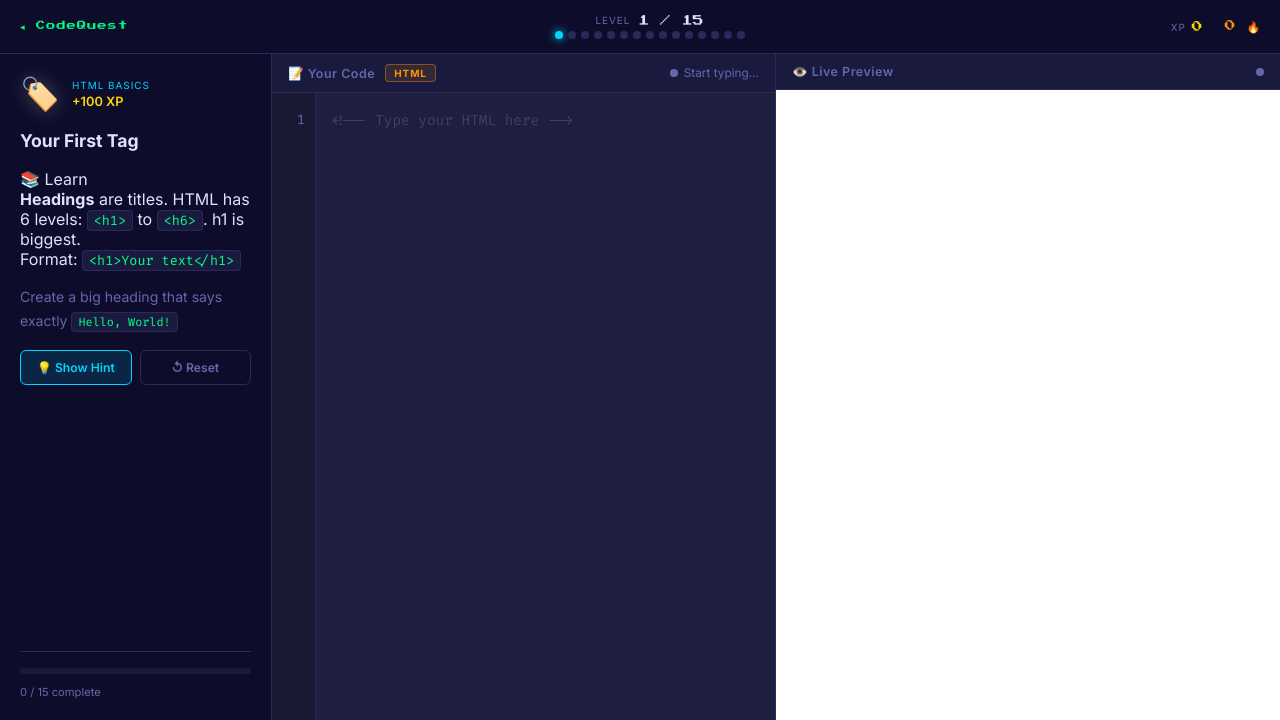
Repository: IBNKHALID06/CodeQuest
Page: game.html
The author's editor kept a copy of each file at every save. The page is drawn from the files as they stood at one save, then again after the next save.
The browser window is 1280 px wide. The pictures show the whole page.

Above is the page before, as saved 2026-03-15 20:04:26.

After the next save:
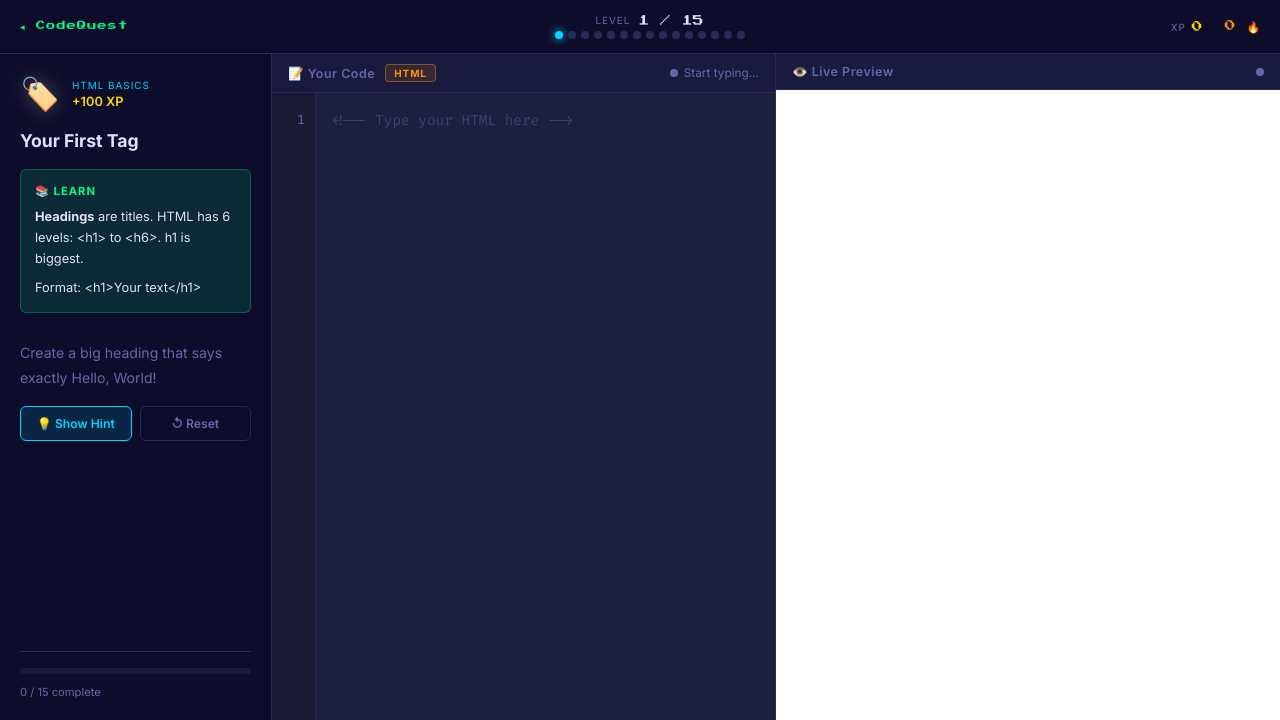
Saved 5 s later.
--- a/css/style.css
+++ b/css/style.css
@@ -310,15 +310,28 @@ button { cursor: pointer; border: none; outline: none; font-family: var(--font-u
 .challenge-title { font-size: 1.1rem; font-weight: 700; color: var(--text); line-height: 1.35; }
 .challenge-desc  { font-size: 0.88rem; color: var(--text-dim); line-height: 1.75; }
 
-.code-inline {
-  background: var(--surface2);
-  border: 1px solid var(--border);
-  padding: 1px 6px;
-  border-radius: 4px;
-  font-family: var(--font-code);
-  font-size: 0.84em;
+.lesson-box {
+  padding: 14px;
+  background: var(--primary-dim);
+  border: 1px solid rgba(0, 255, 136, 0.25);
+  border-radius: var(--radius-sm);
+  margin-bottom: 12px;
+}
+.lesson-title {
+  font-size: 0.7rem;
   color: var(--primary);
-}
+  text-transform: uppercase;
+  letter-spacing: 1px;
+  font-weight: 700;
+  margin-bottom: 8px;
+}
+.lesson-content {
+  font-size: 0.8rem;
+  color: var(--text);
+  line-height: 1.65;
+}
+.lesson-content p { margin-bottom: 8px; }
+.lesson-content p:last-child { margin-bottom: 0; }
 
 .challenge-tip {
   display: flex;
